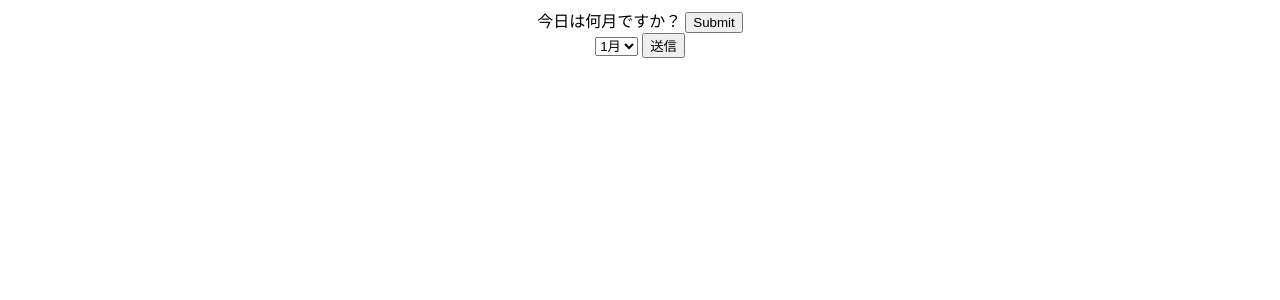
Repository: genki-iwai/curriculum
Page: JavaStudy/4-2/WebContent/select.html
The author's editor kept a copy of each file at every save. The page is drawn from the files as they stood at one save, then again after the next save.
The browser window is 1280 px wide. The pictures show the whole page.

Above is the page before, as saved 2021-07-11 00:52:51.

After the next save:
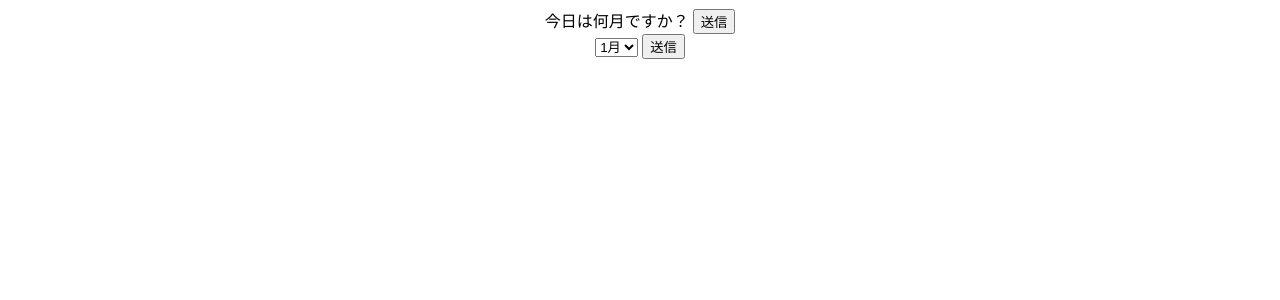
Saved 6 min 4 s later.
--- a/JavaStudy/4-2/WebContent/select.html
+++ b/JavaStudy/4-2/WebContent/select.html
@@ -8,7 +8,7 @@
  <div align="center">
  今日は何月ですか？
  <!--問① web.xmlのurl-patternを確認しformの遷移先を指定しましょう。 -->
- <input type="submit" formaction="/select">
+ <input type="submit" value="送信" formaction="/select">
  <form action="./month" method="post">
  <select name="month">
  <option value="1">1月</option>
